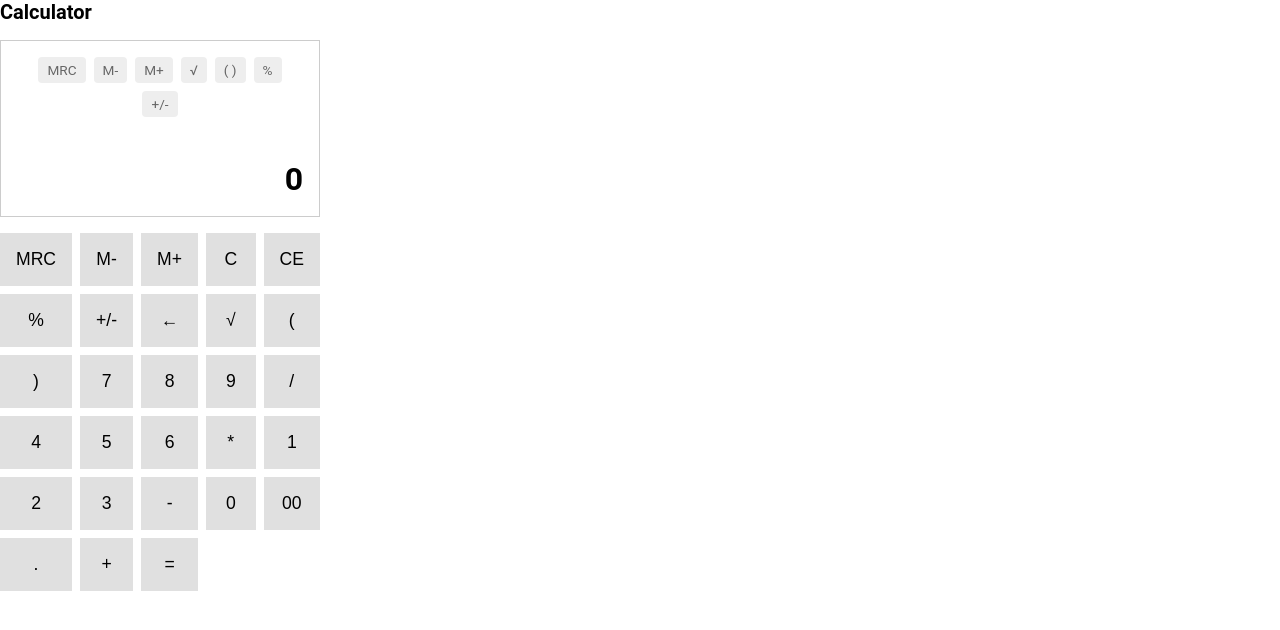
Repository: Denis793/CalculatorNew
Page: index.html
These files come from the project's save history. The page is drawn as it stood at one moment and after the next save; the edit follows.
The browser window is 1280 px wide. The pictures show the whole page.
The style sheet was rebuilt from its Sass, Less or Tailwind sources for each picture, by a compiler version that may differ from the author's.

Above is the page before, as saved 2025-05-17 16:50:32.

After the next save:
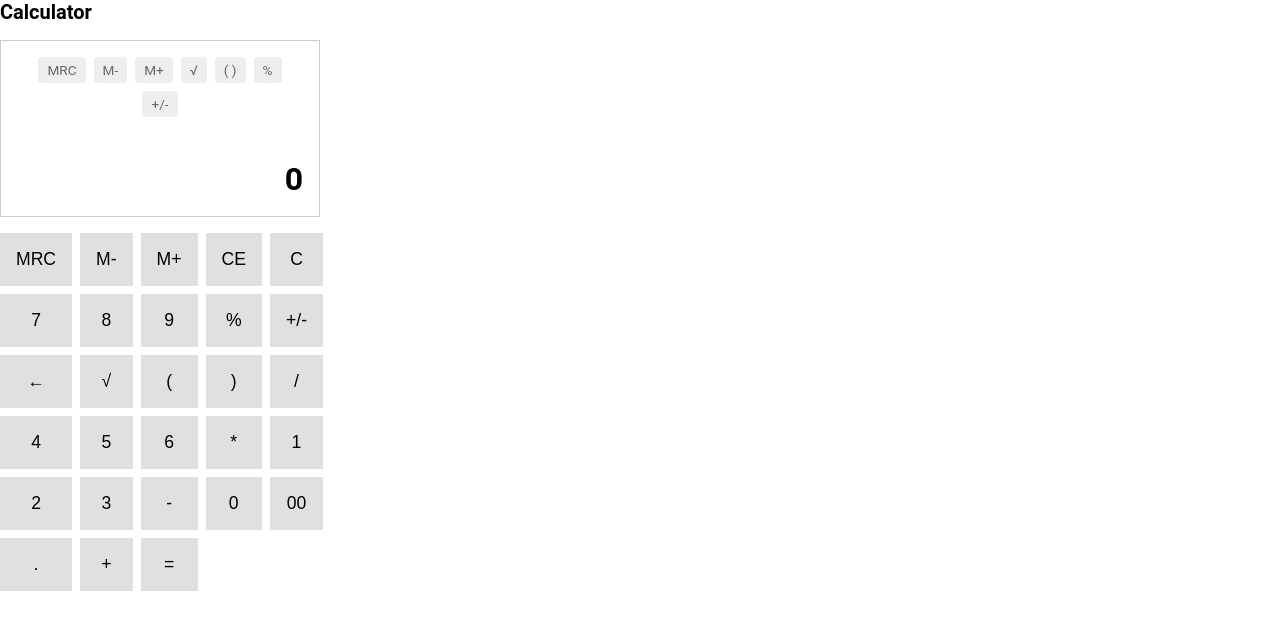
Saved 2 min 38 s later.
--- a/index.html
+++ b/index.html
@@ -30,17 +30,20 @@
       <button class="button">MRC</button>
       <button class="button">M-</button>
       <button class="button">M+</button>
+      <button class="button">CE</button>
       <button class="button ac">C</button>
-      <button class="button">CE</button>
+
+      <button class="button">7</button>
+      <button class="button">8</button>
+      <button class="button">9</button>
+
       <button class="button">%</button>
       <button class="button">+/-</button>
       <button class="button">←</button>
       <button class="button">√</button>
       <button class="button">(</button>
       <button class="button">)</button>
-      <button class="button">7</button>
-      <button class="button">8</button>
-      <button class="button">9</button>
+
       <button class="button">/</button>
       <button class="button">4</button>
       <button class="button">5</button>
